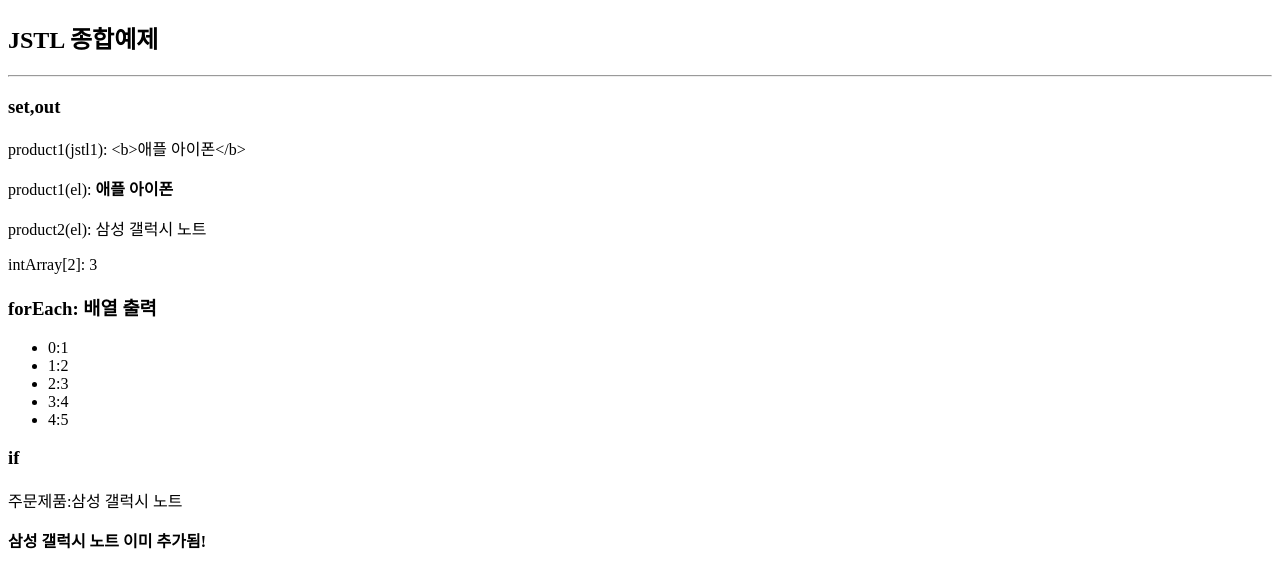
Repository: heezzanggg/JSPWebProgramming
Page: http://localhost/jwbook/ch07/jstlExam.jsp
These files come from the project's save history. The page is drawn as it stood at one moment and after the next save; the edit follows.
The browser window is 1280 px wide. The pictures show the whole page.
The page is served by Tomcat 9. Other server files are loaded and not shown.

Above is the page before, as saved 2023-03-27 18:27:31.

### JSPWebProgramming/jwbook/src/main/webapp/ch07/jstlExam.jsp
<%@ page language="java" contentType="text/html; charset=UTF-8"
    pageEncoding="UTF-8"%>
<%@ taglib uri="http://java.sun.com/jsp/jstl/core" prefix="c" %>
<!DOCTYPE html>
<html>
<head>
<meta charset="UTF-8">
<title>JSTL 종합예제</title>
</head>
<body>
	<h2>JSTL 종합예제</h2>
	<hr>

	<!-- set,out -->
	<h3>set,out</h3>
	<c:set var="product1" value="<b>애플 아이폰</b>" />
	<c:set var="product2" value="삼성 갤럭시 노트"/>
	<c:set var="intArray" value="${[1,2,3,4,5]}"/>

	<p>
		product1(jstl1):
		<c:out value="${product1}" default="Not registered" escapeXml="true" />
	</p>
	<p>product1(el): ${product1}</p>
	<p>product2(el): ${product2}</p>
	<p>intArray[2]: ${intArray[2]}</p>

	<!-- forEach -->
	<h3>forEach: 배열 출력</h3>
	<ul>
		<c:forEach var="num" varStatus="i" items="${intArray}">
			<li>${i.index}:${num}</li>
		</c:forEach>
	</ul>

	<!-- if -->
	<h3>if</h3>
	<c:set var="checkout" value="true"/>
	<c:if test="${checkout}">
		<p>주문제품:${product2}</p>
	</c:if>
	<c:if test="${!checkout}">
		<p>주문제품이아님!!</p>
	</c:if>

	<c:if test="${!empty product2}">
		<p> <b>${product2} 이미 추가됨!</b></p>
	</c:if>

</body>
</html>

After the next save:
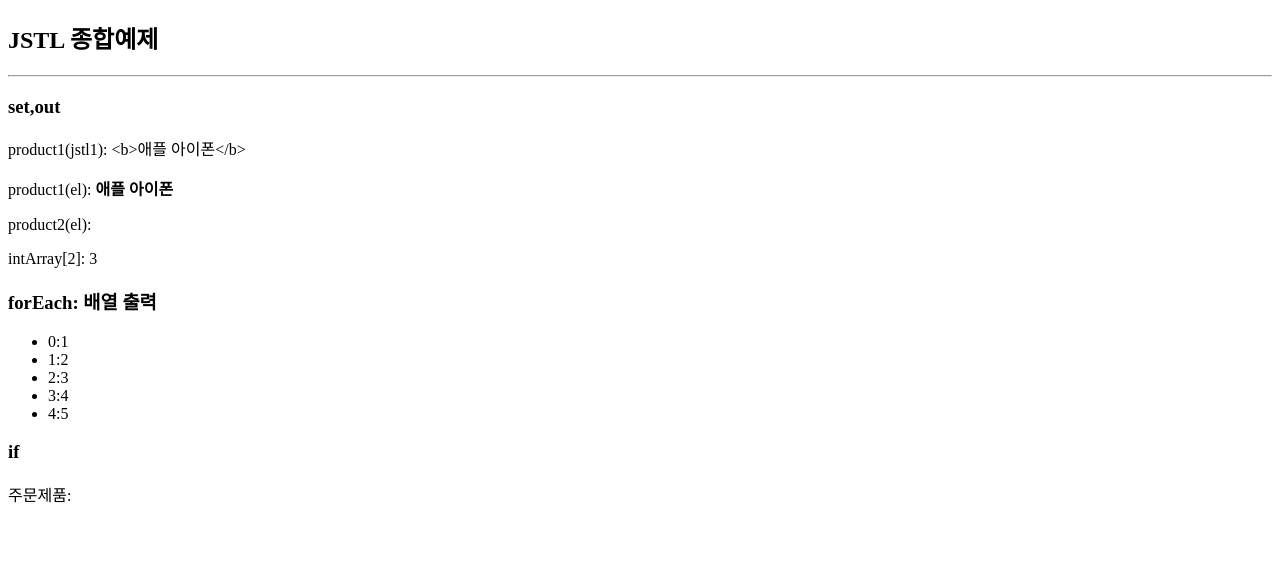
Saved 53 s later.
--- a/JSPWebProgramming/jwbook/src/main/webapp/ch07/jstlExam.jsp
+++ b/JSPWebProgramming/jwbook/src/main/webapp/ch07/jstlExam.jsp
@@ -14,8 +14,8 @@
 	<!-- set,out -->
 	<h3>set,out</h3>
 	<c:set var="product1" value="<b>애플 아이폰</b>" />
-	<c:set var="product2" value="삼성 갤럭시 노트"/>
-	<c:set var="intArray" value="${[1,2,3,4,5]}"/>
+<%-- 	<c:set var="product2" value="삼성 갤럭시 노트"/>
+ --%>	<c:set var="intArray" value="${[1,2,3,4,5]}"/>
 
 	<p>
 		product1(jstl1):

After the save that followed:
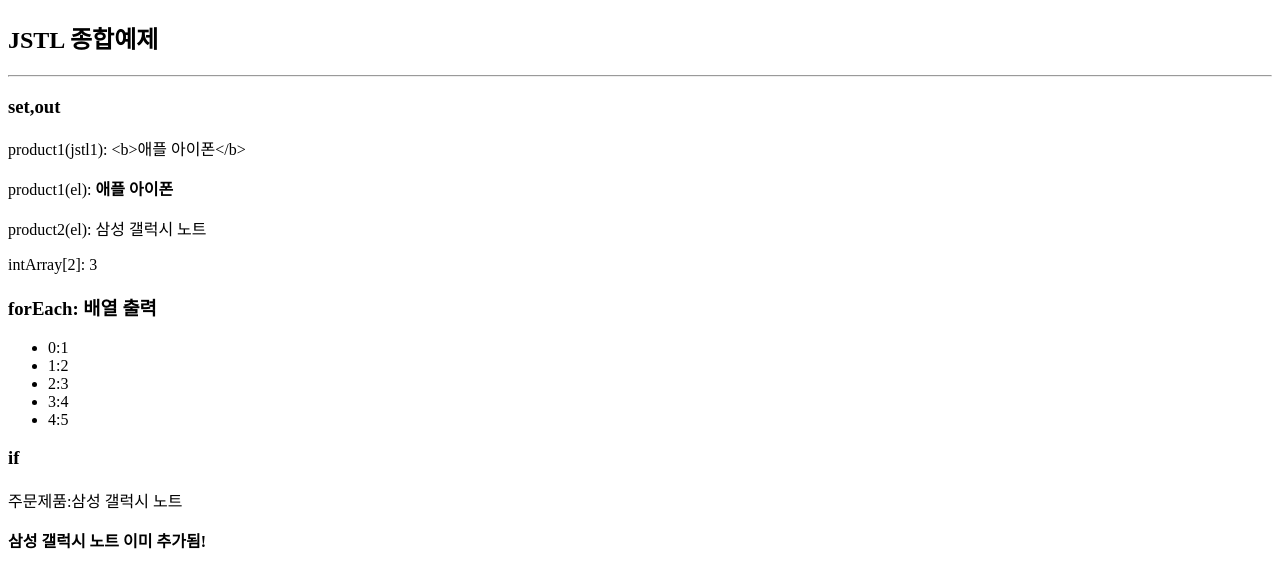
Saved 40 s later.
--- a/JSPWebProgramming/jwbook/src/main/webapp/ch07/jstlExam.jsp
+++ b/JSPWebProgramming/jwbook/src/main/webapp/ch07/jstlExam.jsp
@@ -14,8 +14,8 @@
 	<!-- set,out -->
 	<h3>set,out</h3>
 	<c:set var="product1" value="<b>애플 아이폰</b>" />
-<%-- 	<c:set var="product2" value="삼성 갤럭시 노트"/>
- --%>	<c:set var="intArray" value="${[1,2,3,4,5]}"/>
+	<c:set var="product2" value="삼성 갤럭시 노트"/>
+	<c:set var="intArray" value="${[1,2,3,4,5]}"/>
 
 	<p>
 		product1(jstl1):
